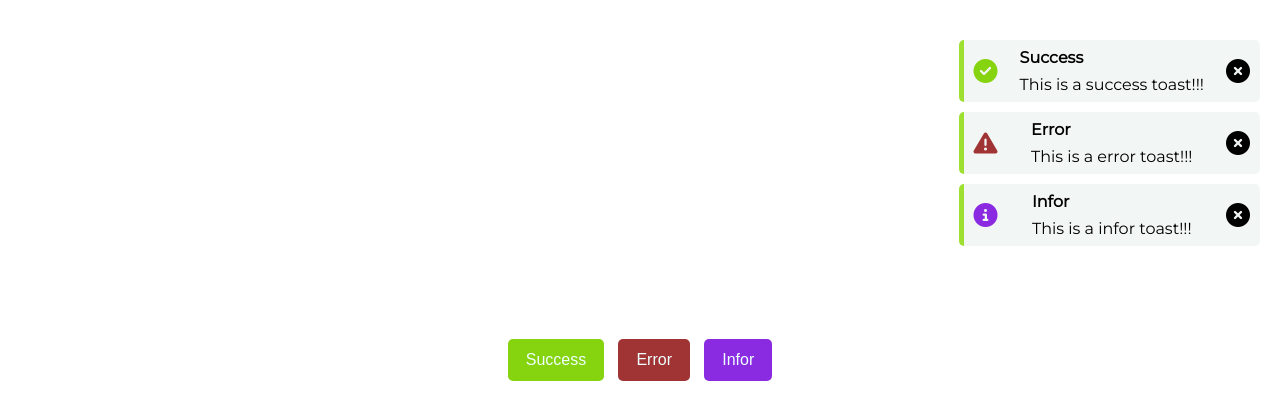
Repository: thuynguyen0964/Toast-Cooler
Page: index.html
These files come from the project's save history. The page is drawn as it stood at one moment and after the next save; the edit follows.
The browser window is 1280 px wide. The pictures show the whole page.

Above is the page before, as saved 2023-01-26 21:00:24.

### index.html
<!DOCTYPE html>
<html lang="en">
  <head>
    <meta charset="UTF-8" />
    <meta http-equiv="X-UA-Compatible" content="IE=edge" />
    <meta name="viewport" content="width=device-width, initial-scale=1.0" />
    <title>Toast Mess Cooler</title>
    <link
      href="https://fonts.googleapis.com/css2?family=Montserrat:wght@300;400&display=swap"
      rel="stylesheet"
    />
    <link
      rel="stylesheet"
      href="https://cdnjs.cloudflare.com/ajax/libs/font-awesome/6.2.1/css/all.min.css"
    />
    <link rel="stylesheet" href="./app/style.css" />
  </head>
  <body>
    <ul class="container">
      <li class="toast success">
        <div class="icon">
          <i class="fa-solid fa-circle-check"></i>
        </div>
        <div class="toast__text">
          <h4 class="toast__title">Success</h4>
          <p class="toast__desc">This is a success toast!!!</p>
        </div>
        <div class="icon__close">
          <i class="fa-solid fa-circle-xmark"></i>
        </div>
      </li>
      <li class="toast error">
        <div class="icon">
            <i class="fa-solid fa-triangle-exclamation"></i>
        </div>
        <div class="toast__text">
          <h4 class="toast__title">Error</h4>
          <p class="toast__desc">This is a error toast!!!</p>
        </div>
        <div class="icon__close">
         <i class="fa-solid fa-circle-xmark"></i>
        </div>
      </li>
      <li class="toast infor">
        <div class="icon">
            <i class="fa-solid fa-circle-info"></i>
        </div>
        <div class="toast__text">
          <h4 class="toast__title">Infor</h4>
          <p class="toast__desc">This is a infor toast!!!</p>
        </div>
        <div class="icon__close">
          <i class="fa-solid fa-circle-xmark"></i>
        </div>
      </li>
    </ul>

    <div class="button__set">
        <button class="btn" id="success">Success</button>
        <button class="btn" id="error">Error</button>
        <button class="btn" id="infor">Infor</button>
    </div>

    <script src="./app/main.js"></script>
  </body>
</html>

### app/style.css
*{
    margin: 0;
    padding: 0;
    box-sizing: border-box;
}
body{
    font-family: "Montserrat", sans-serif;
    display: flex;
    align-items: center;
    justify-content: center;
    min-height: 100vh;
}
.container{
    position: fixed;
    top: 30px;
    right: 20px;
}
.toast{
    width: 350x;
    list-style: none;
    border-left: 5px solid #9de031;
    border-radius: 5px;
    display: flex;
    align-items: center;
    justify-content: space-between;
    background-color: #e1ebe671;
    margin: 10px 0;
    /* animation: sliderin 0.5s ease forwards; */
}

@keyframes sliderin {
    0%{
        transform: translate(calc(100% + 20px));
    }
    100%{
        transform: translate(0);
    }
}
.toast__text{
    padding: 0 12px;
}
.toast__desc,
.toast__title{
    margin: 8px 0;
}
.icon__close,
.icon{
    padding:0 10px;
    font-size: 24px;
}
.icon__close{
    cursor: pointer;
}

.success .icon{
    color:#86d410 ;
}
.error .icon{
    color: #a03333;
}
.infor .icon{
    color: blueviolet;
}

.btn{
    font-size: 16px;
    color: azure;
    border: unset;
    outline: none;
    padding: 12px 18px;
    margin: 0 5px;
    border-radius: 5px;
    cursor: pointer;
}
.btn:active{
    transform: scale(0.8);
}
.btn#success{
    background-color: #86d410;
}
.btn#error{
    background-color: #a03333;
}
.btn#infor{
    background-color: blueviolet;
}

### app/main.js
let container = document.querySelector(".container");
let btns = document.querySelectorAll(".btn");
let toastDetails = {
    success : {
        icon: "fa-solid fa-circle-check",
        title : "Success",
        text : "This is a success toast!!!"
    },
    error : {
        icon: "fa-solid fa-triangle-exclamation",
        title : "error",
        text : "This is a error toast!!!"
    },
    infor : {
        icon: "fa-solid fa-circle-info",
        title : "infor",
        text : "This is a infor toast!!!"
    },
}


let createToast = function(id){
    let toast = document.createElement("li");
    toast.className = `toast ${id}`;
    toast.innerHTML = `<div class="icon">
                        <i class="fa-solid fa-circle-check"></i>
                    </div>
                    <div class="toast__text">
                        <h4 class="toast__title">Success</h4>
                        <p class="toast__desc">This is a success toast!!!</p>
                    </div>
                    <div class="icon__close">
                        <i class="fa-solid fa-circle-xmark"></i>
                    </div>`;

    container.appendChild(toast);
}

btns.forEach((value)=>{
    value.addEventListener("click", ()=> {
        createToast(value.id)
    });
})

After the next save:
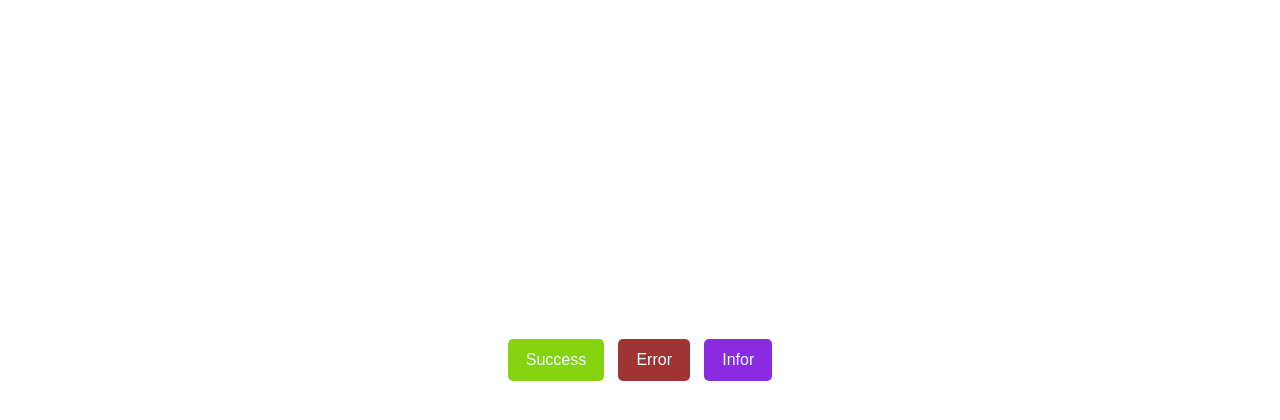
Saved 34 s later.
--- a/index.html
+++ b/index.html
@@ -16,44 +16,6 @@
     <link rel="stylesheet" href="./app/style.css" />
   </head>
   <body>
-    <ul class="container">
-      <li class="toast success">
-        <div class="icon">
-          <i class="fa-solid fa-circle-check"></i>
-        </div>
-        <div class="toast__text">
-          <h4 class="toast__title">Success</h4>
-          <p class="toast__desc">This is a success toast!!!</p>
-        </div>
-        <div class="icon__close">
-          <i class="fa-solid fa-circle-xmark"></i>
-        </div>
-      </li>
-      <li class="toast error">
-        <div class="icon">
-            <i class="fa-solid fa-triangle-exclamation"></i>
-        </div>
-        <div class="toast__text">
-          <h4 class="toast__title">Error</h4>
-          <p class="toast__desc">This is a error toast!!!</p>
-        </div>
-        <div class="icon__close">
-         <i class="fa-solid fa-circle-xmark"></i>
-        </div>
-      </li>
-      <li class="toast infor">
-        <div class="icon">
-            <i class="fa-solid fa-circle-info"></i>
-        </div>
-        <div class="toast__text">
-          <h4 class="toast__title">Infor</h4>
-          <p class="toast__desc">This is a infor toast!!!</p>
-        </div>
-        <div class="icon__close">
-          <i class="fa-solid fa-circle-xmark"></i>
-        </div>
-      </li>
-    </ul>
 
     <div class="button__set">
         <button class="btn" id="success">Success</button>
